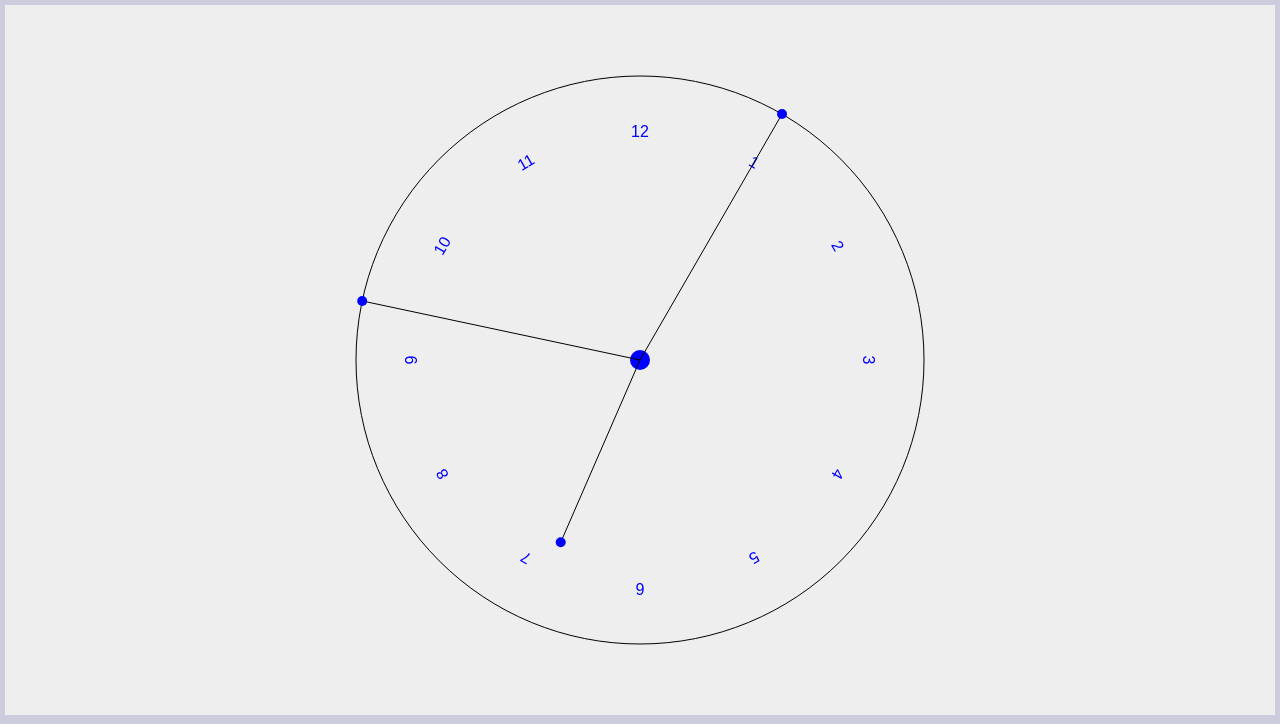
Repository: danielrcardenas/siggraph_examples
Page: workspace/GraphicsExample8/assets/www/index.html
The author's editor kept a copy of each file at every save. The page is drawn from the files as they stood at one save, then again after the next save.
The browser window is 1280 px wide. The pictures show the whole page.

Above is the page before, as saved 2013-07-22 17:19:07.

### workspace/GraphicsExample8/assets/www/index.html
<!DOCTYPE html>
<html>
<head>
	<title>Canvas Example</title>

	<link rel="stylesheet" href="styles.css" />
	<meta name="viewport" content="width=device-width" />

	<script type="text/javascript" src="jquery-1.6.1.min.js"></script>
	<script>
	var angle = 0, angleIncrement = (2*Math.PI) / 200, canvas, context;

	function drawClockFace (x, y, radius)
	{
		context.beginPath();
		context.arc(x, y, radius, 0, 2*Math.PI);
		context.stroke();

		context.beginPath();
		context.arc(x, y, 10, 0, 2*Math.PI);
		context.fill();

		context.font = '12pt Arial';
		context.fillStyle = 'blue';
		context.textAlign = 'center';
		context.textBaseline = 'middle';
		for (var i = 0; i < 12; i++)
		{
			var angle = (i / 12) * (2*Math.PI) - (Math.PI/2);
			var textX = x + radius * 0.8 * Math.cos (angle);
			var textY = y + radius * 0.8 * Math.sin (angle)
			//context.fillText((i == 0 ? "12" : i) , textX, textY);

			// Comment out the above fillText() call and remove the comments from the block below
			context.save();
			context.translate(textX, textY);
			context.rotate(angle + Math.PI/2);
			context.fillText((i == 0 ? "12" : i) , 0, 0);
			context.restore();

		}
	}

	function drawHourHand (hours, min, x, y, radius)
	{
		if (hours > 12)
			hours -= 12;

		if (hours == 12)
			hours = 0;

		var angle = ((hours+(min/60)) / 12 ) * (2*Math.PI) - (Math.PI/2);
		context.beginPath();
		context.moveTo (x, y);
		context.lineTo (x + radius * 0.7 * Math.cos (angle), y + radius * 0.7 * Math.sin (angle));
		context.stroke();

		context.beginPath();
		context.arc(x + radius * 0.7 * Math.cos (angle), y + radius * 0.7 * Math.sin (angle), 5, 0, 2*Math.PI);
		context.fill();
	}

	function drawMinuteSecondHand (minsec, x, y, radius)
	{
		var angle = (minsec / 60) * (2*Math.PI) - (Math.PI/2);
		context.beginPath();
		context.moveTo (x, y);
		context.lineTo (x + radius * Math.cos (angle), y + radius * Math.sin (angle));
		context.stroke();

		context.beginPath();
		context.arc(x + radius * Math.cos (angle), y + radius * Math.sin (angle), 5, 0, 2*Math.PI);
		context.fill();
	}

	function drawFrame ()
	{
		context.clearRect (0, 0, canvas.width, canvas.height);

		var centerX = canvas.width / 2;
		var centerY = canvas.height / 2;

		var circleRadius;
		if (centerX < centerY)
			circleRadius = centerX * 0.8;
		else
			circleRadius = centerY * 0.8;

		var date = new Date();
		drawClockFace (centerX, centerY, circleRadius);
		drawHourHand (date.getHours(), date.getMinutes(), centerX, centerY, circleRadius);
		drawMinuteSecondHand (date.getMinutes(), centerX, centerY, circleRadius);
		drawMinuteSecondHand (date.getSeconds(), centerX, centerY, circleRadius);
	}

	function createCanvas ()
	{
		var canvasDiv = document.getElementById("canvasDiv");
		canvasDiv.innerHTML = "<canvas id=\'surface\' width=\'" +
			(window.innerWidth - 10) + "\' height=\'" + (window.innerHeight - 10) + "\' />";

		canvas = document.getElementById('surface');
		context = canvas.getContext('2d');
		context.fillStyle = "black";

		self.setInterval (drawFrame, 500); // update every 500 milliseconds
	}
	</script>
</head>

<body onload="createCanvas();">
	<div id="canvasDiv">
	</div>
</body>
</html>

### workspace/GraphicsExample8/assets/www/styles.css

body
{
	margin: 0px;
	padding: 0px;
	background: #ccccdd;
}

canvas {
	margin: 5px;
	padding: 0px;
	background: #eeeeee;
}

Loaded but not shown: workspace/GraphicsExample8/assets/www/jquery-1.6.1.min.js (library)

After the next save:
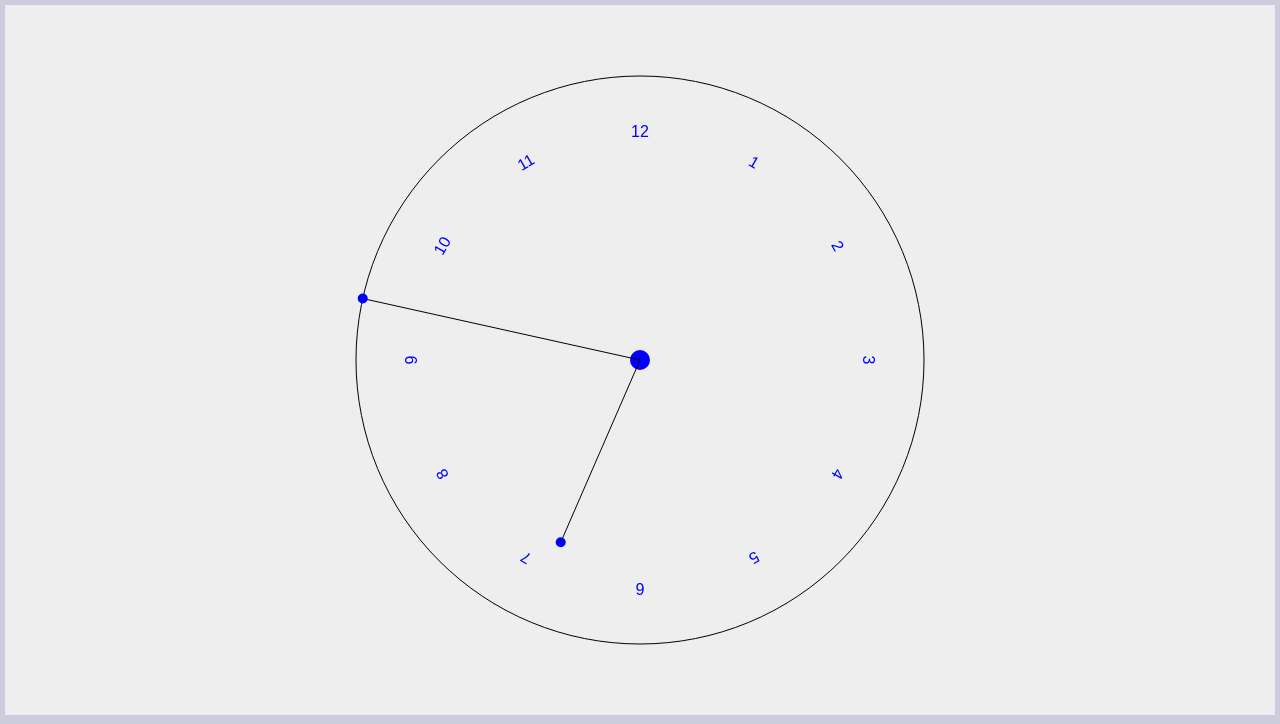
Saved 107 s later.
--- a/workspace/GraphicsExample8/assets/www/index.html
+++ b/workspace/GraphicsExample8/assets/www/index.html
@@ -60,9 +60,9 @@
 		context.fill();
 	}
 
-	function drawMinuteSecondHand (minsec, x, y, radius)
+	function drawMinuteSecondHand (minsec, sec, x, y, radius)
 	{
-		var angle = (minsec / 60) * (2*Math.PI) - (Math.PI/2);
+		var angle = ((minsec + sec/60)/ 60) * (2*Math.PI) - (Math.PI/2);
 		context.beginPath();
 		context.moveTo (x, y);
 		context.lineTo (x + radius * Math.cos (angle), y + radius * Math.sin (angle));
@@ -89,7 +89,7 @@
 		var date = new Date();
 		drawClockFace (centerX, centerY, circleRadius);
 		drawHourHand (date.getHours(), date.getMinutes(), centerX, centerY, circleRadius);
-		drawMinuteSecondHand (date.getMinutes(), centerX, centerY, circleRadius);
+		drawMinuteSecondHand (date.getMinutes(), date.getSeconds(), centerX, centerY, circleRadius);
 		drawMinuteSecondHand (date.getSeconds(), centerX, centerY, circleRadius);
 	}
 
